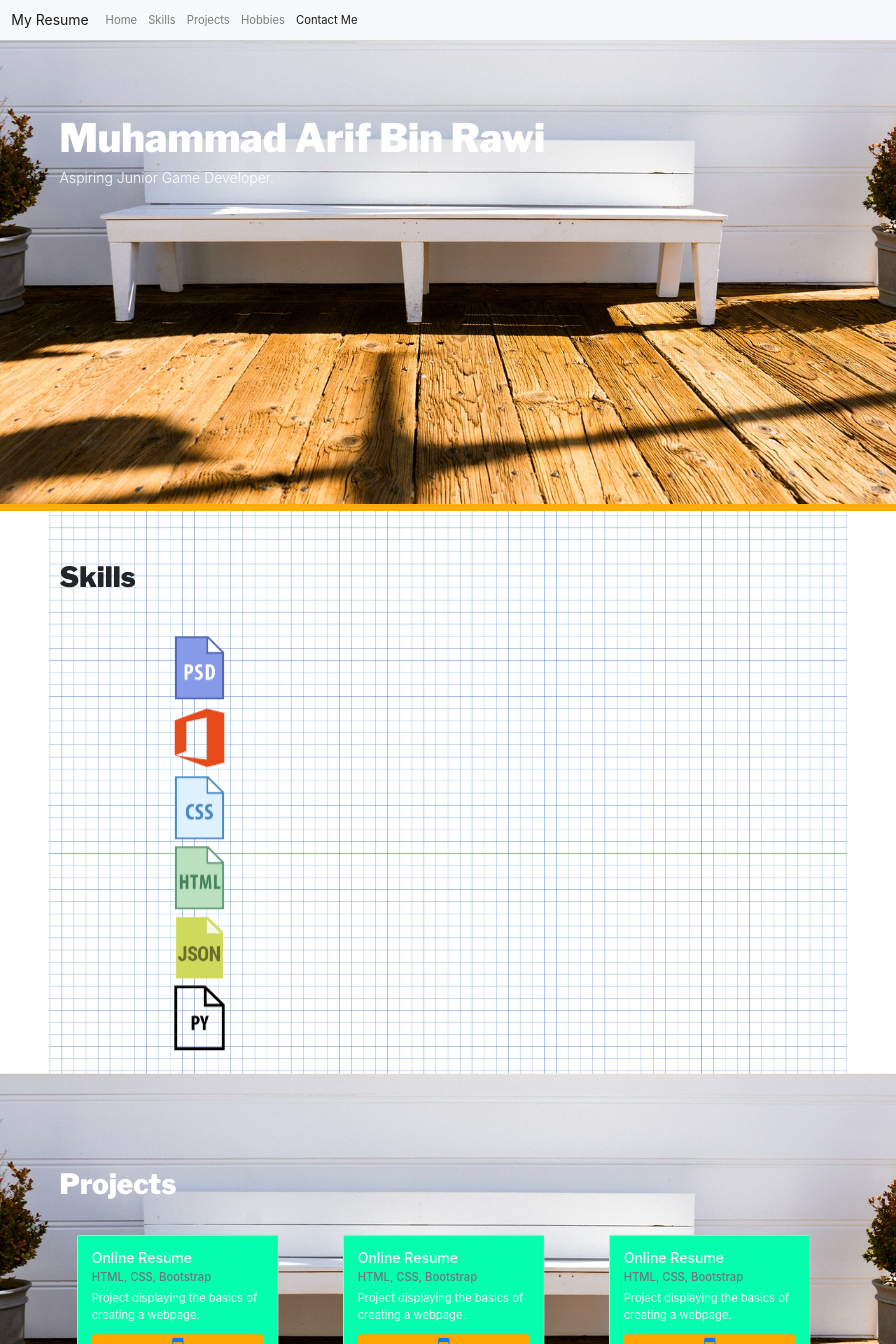
Repository: muhdarifrawi/resume-project
Page: index.html
The author's editor kept a record of every edit. The page is drawn from the files as they stood at one moment, then again after the next edit.
The browser window is 1280 px wide. The pictures show the part of the page from y = 0 to 1920 px (the page is 3769 px tall), at 70% of full size.
Some web libraries are served in a nearby version.

Above is the page before.

After the next edit:
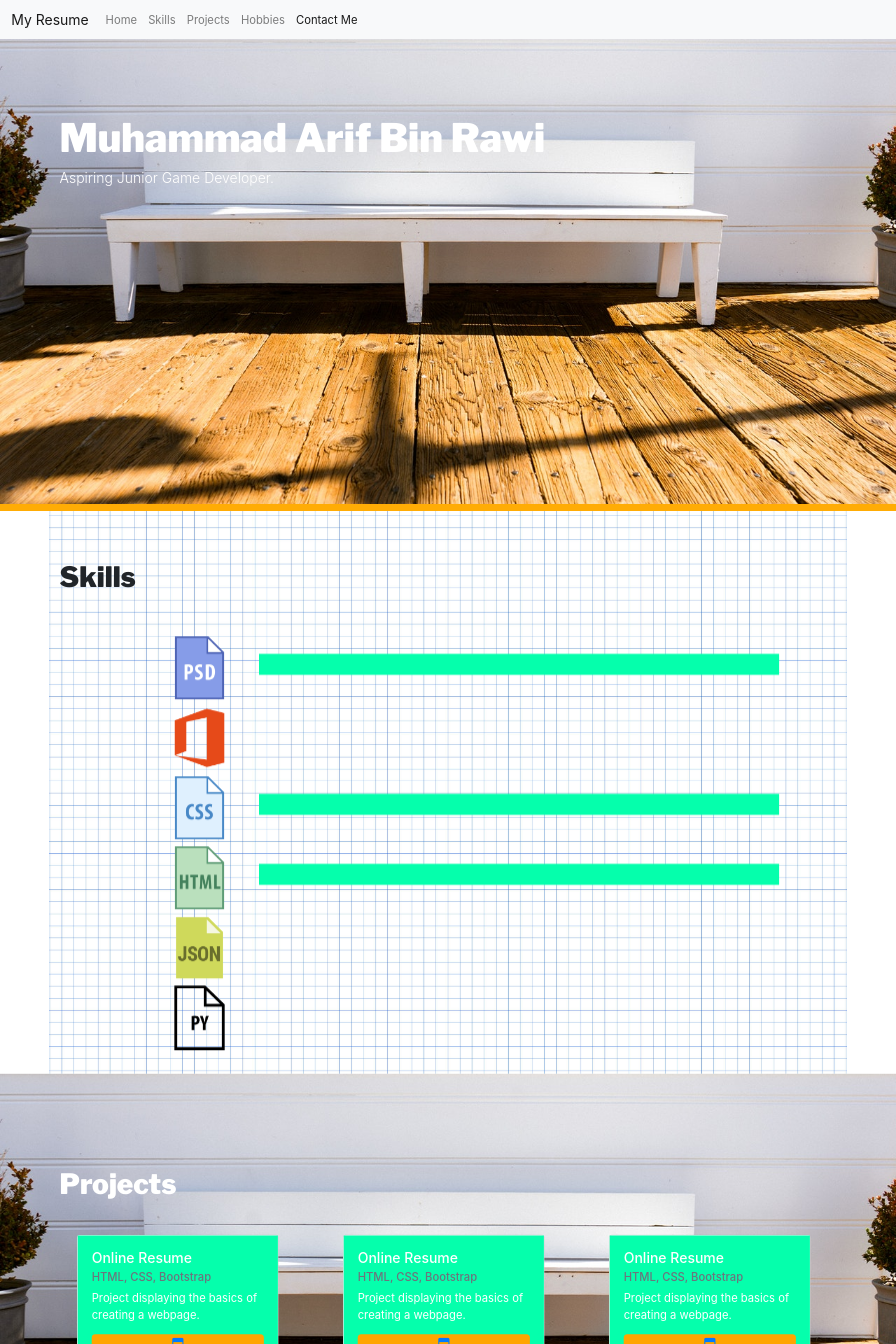
The edit:
--- a/style.css
+++ b/style.css
@@ -180,7 +180,7 @@
 
 }
 
-.bar {
+.bar-mid {
     width:0%;
     height:30px;
     background-color:blue;
